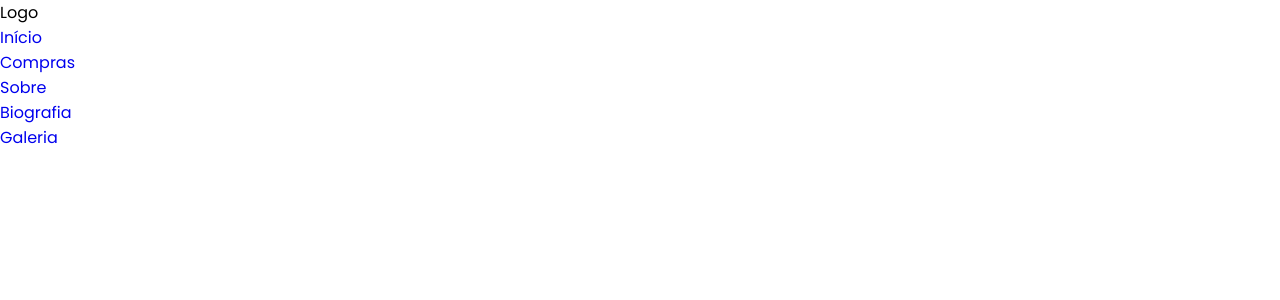
Repository: Matheus904-12/Teste
Page: teste.html
An editor plug-in stored every save of this project. The page is shown before and after a run of saves, followed by the edit.
The browser window is 1280 px wide. The pictures show the whole page.

Above is the page before, as saved 2023-11-01 09:54:26.

After the next 2 saves:
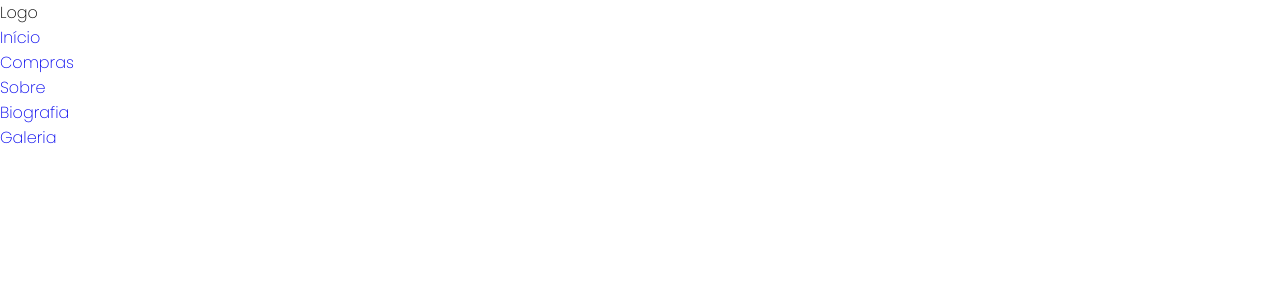
The 2 saves are shown as one change because they came seconds apart.
The last was saved 6 s later.
--- a/css.css
+++ b/css.css
@@ -1,4 +1,4 @@
-@import url('https://fonts.googleapis.com/css?family=Poppins:ital,wght@0,100;0');
+@import url('https://fonts.googleapis.com/css?family=Poppins:ital,wght@0,100;0,200');
 
 *{
     margin: 0;

After the 2 saves that followed:
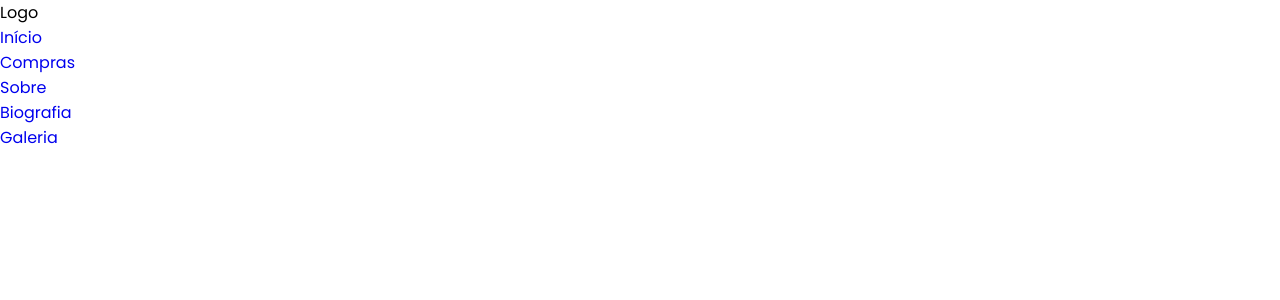
The 2 saves are shown as one change because they came seconds apart.
The last was saved 5 s later.
--- a/css.css
+++ b/css.css
@@ -1,4 +1,4 @@
-@import url('https://fonts.googleapis.com/css?family=Poppins:ital,wght@0,100;0,200');
+@import url('https://fonts.googleapis.com/css?family=Poppins:ital,wght@0,100;0,200;0');
 
 *{
     margin: 0;
